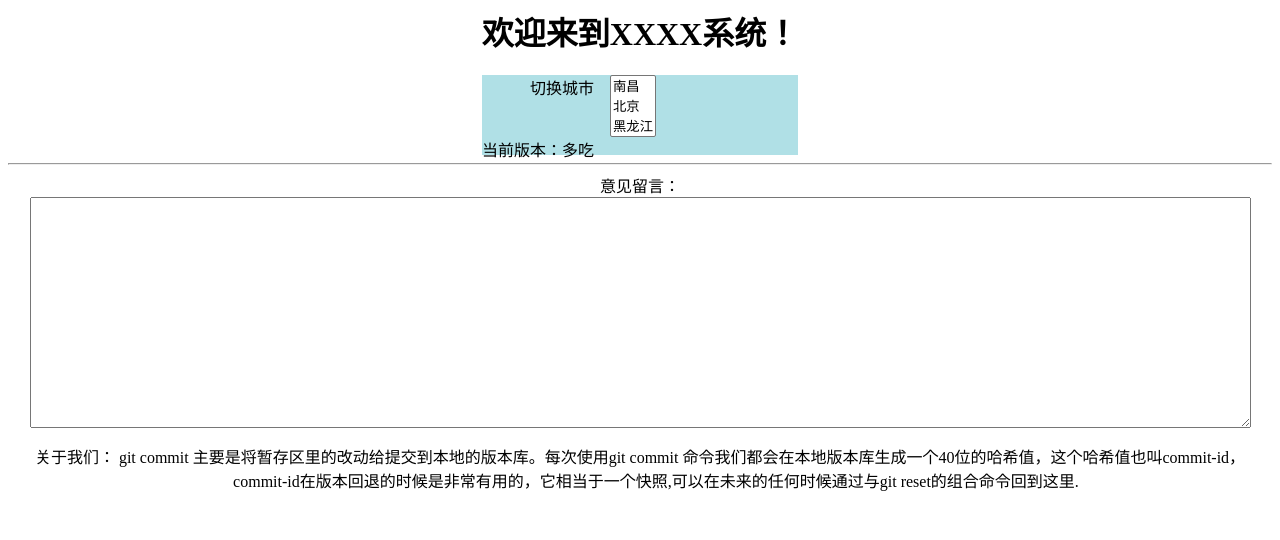
Repository: never-404/Intelligent-recommendation-system
Page: http://localhost/Intelligent-recommendation-system/mine.jsp
These files come from the project's save history. The page is drawn as it stood at one moment and after the next save; the edit follows.
The browser window is 1280 px wide. The pictures show the whole page.
The page is served by Tomcat 9. Nobody is signed in. The application's start-up code is not run.

Above is the page before, as saved 2019-04-12 10:02:18.

After the next save:
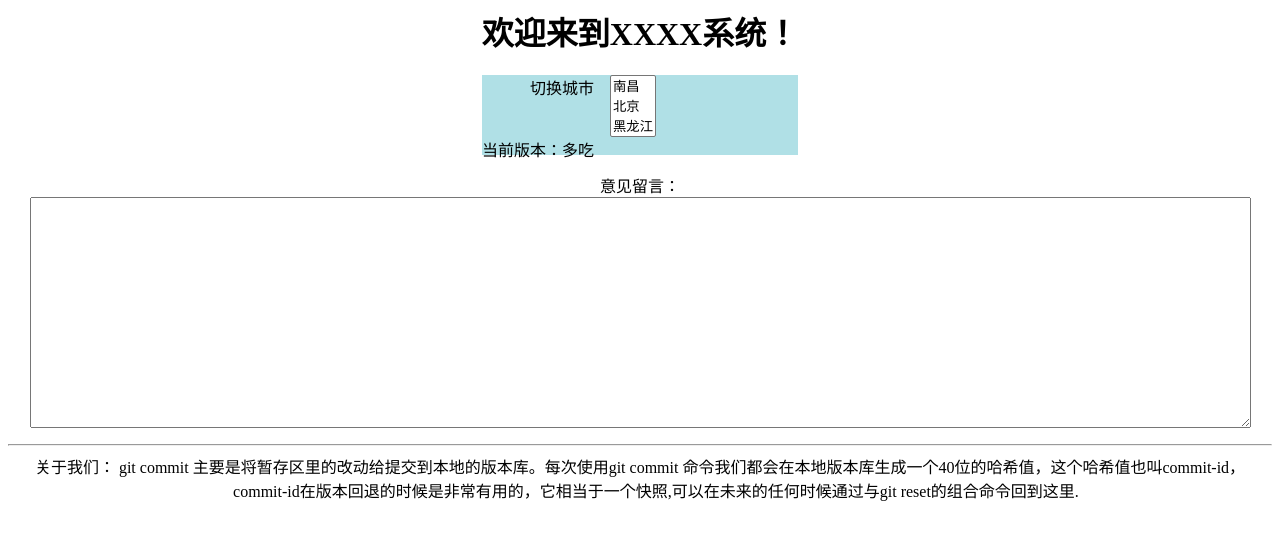
Saved 16 s later.
--- a/Intelligent-recommendation-system/WebRoot/mine.jsp
+++ b/Intelligent-recommendation-system/WebRoot/mine.jsp
@@ -44,12 +44,13 @@
         <lable>当前版本：多吃</lable>
         <br>
     </div>
-    <HR>
+    <br>
     <div class="a">
 	<form>
 		意见留言：<br>
 		<textarea rows="15" cols="150"></textarea><br>
 	</form>
+	<hr>
 	关于我们： git commit 主要是将暂存区里的改动给提交到本地的版本库。每次使用git commit 命令我们都会在本地版本库生成一个40位的哈希值，这个哈希值也叫commit-id，
 　　commit-id在版本回退的时候是非常有用的，它相当于一个快照,可以在未来的任何时候通过与git reset的组合命令回到这里.
         <br>
